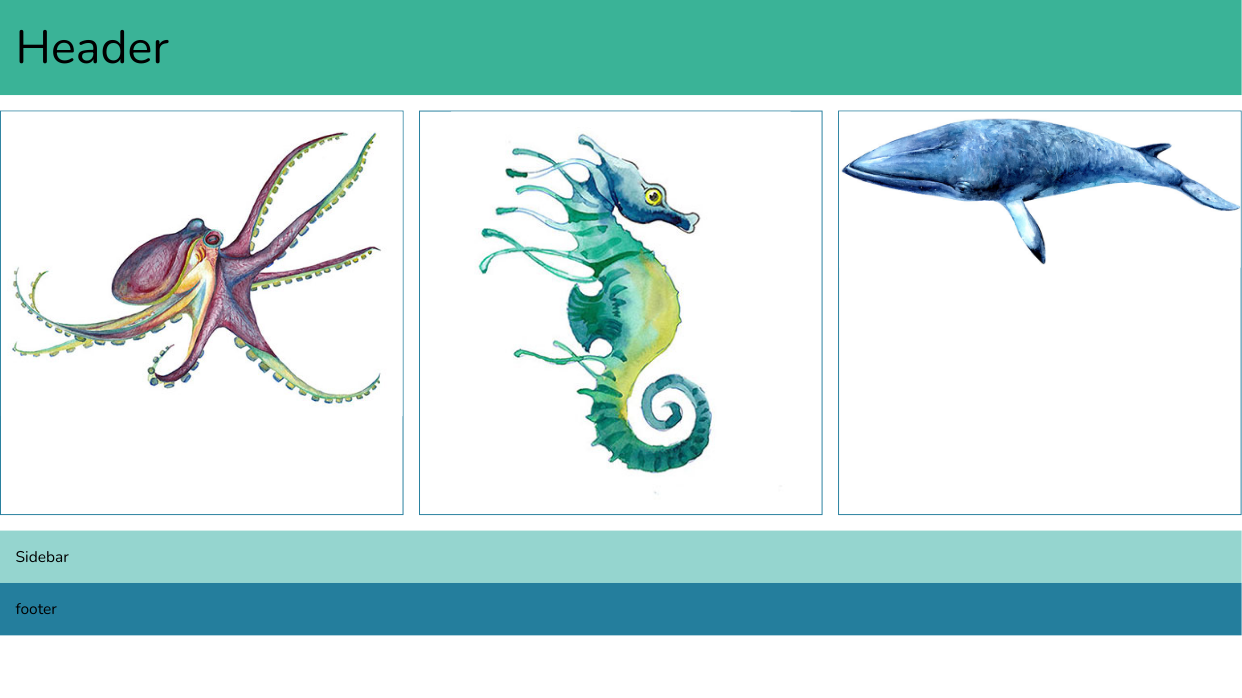
Repository: mariocapitbrok/css-combining-grid-and-flexbox-0207
Page: index.html
The author's editor kept a copy of each file at every save. The page is drawn from the files as they stood at one save, then again after the next save.
The browser window is 1280 px wide. The pictures show the whole page, at 97% of full size.

Above is the page before, as saved 2022-10-07 09:25:05.

### index.html
<!DOCTYPE html>
<html lang="en">
<head>
    <meta charset="UTF-8">
    <meta name="viewport" content="width=device-width, initial-scale=1.0">
    <title>Responsive grid webpage</title>
    <link rel="stylesheet" href="styles/base.css">
</head>
<body>
   <section class="container">
       <header>Header</header>
       <aside>Sidebar</aside>
       <main>
            <article><img src="images/01.jpg" alt="sealife"></article>
            <article><img src="images/02.jpg" alt="sealife"></article>
            <article><img src="images/03.jpg" alt="sealife"></article>
       </main>
       <footer>footer</footer>
   </section>
</body>
</html>

### styles/base.css
@import url('https://fonts.googleapis.com/css2?family=Nunito:ital,wght@0,300;0,400;0,700;0,900;1,600&display=swap');

* {
    margin: 0;
    padding: 0;
    font-family: 'Nunito', sans-serif;
    box-sizing: border-box;
}

img {
    max-width: 100%;
    height: auto;
}

header, aside, footer {
    padding: 1rem;
}

header {
    background-color: #3ab397;
    font-size: 3rem;
    grid-area: header;
}

aside {
    background-color: #95d5cf;
    grid-area: aside;
}

main {
    margin: 1em 0;
    grid-area: main;
    display: grid;
    grid-template-columns: repeat(auto-fit, minmax(300px, 1fr));
    grid-gap: 1em;
}

article {
    border: solid 1px #247e9d;
    text-align: center;
}

footer {
    background-color: #247e9d;
    grid-area: footer;
}

.container {
    display: grid;
    grid-template-areas:
        "header"
        "main"
        "aside"
        "footer"
}

article:nth-of-type(3) {
    grid-column: auto;
}


@media screen and (min-width:800px) {


}

After the next save:
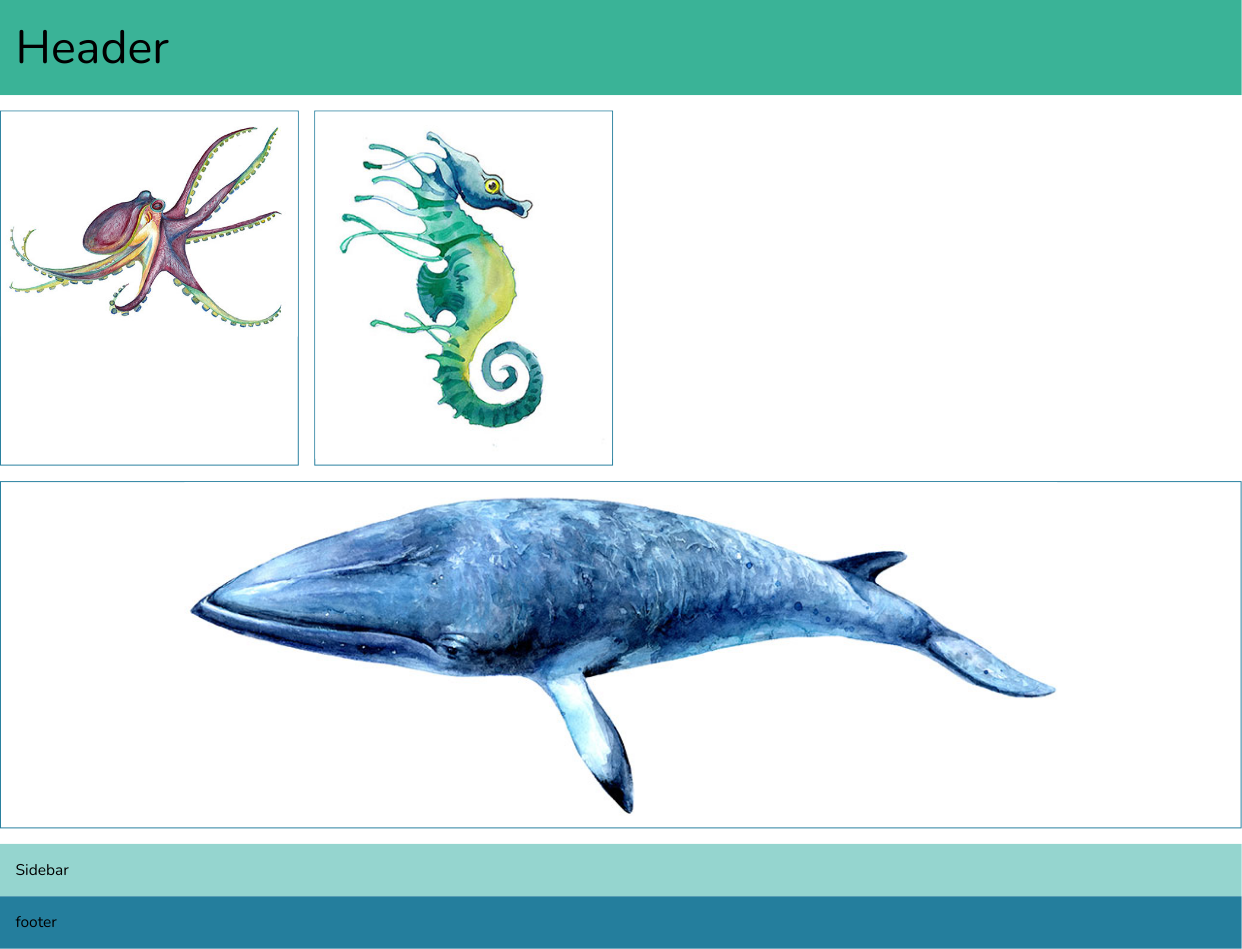
Saved 86 s later.
--- a/styles/base.css
+++ b/styles/base.css
@@ -55,7 +55,7 @@ footer {
 }
 
 article:nth-of-type(3) {
-    grid-column: auto;
+    grid-column: 1 / -1
 }
 
 
